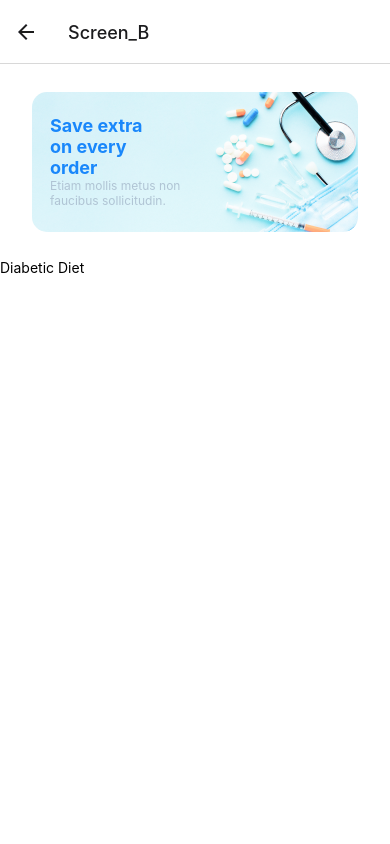
Repository: ntu34543/designReactNative
Screen: /Screen_B
An editor plug-in stored every save of this project. The screen is shown before and after the next save, followed by the edit.
The app was drawn by React Native's web renderer in a window 390 px wide. The project was rebuilt for these pictures with package versions that can differ from the ones it lists, and the page was loaded fresh each time.

Above is the screen before, as saved 2022-10-18 16:51:51.

After the next save:
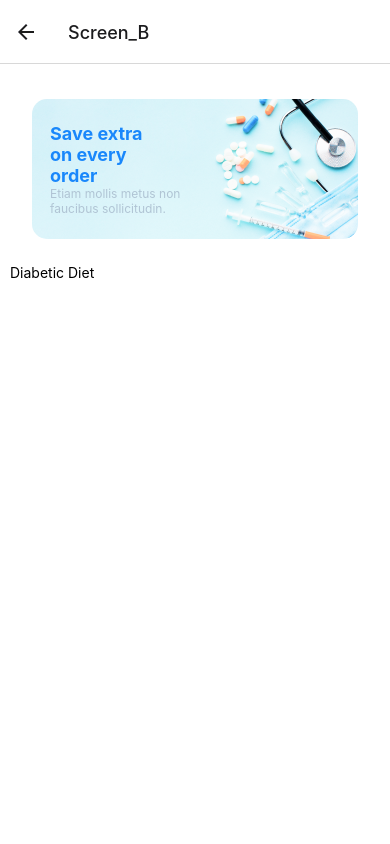
Saved 24 s later.
--- a/page/DiabetesCare.js
+++ b/page/DiabetesCare.js
@@ -31,6 +31,7 @@ const styles = StyleSheet.create({
   body: {
     flex: 1,
     backgroundColor: "white",
+    padding: 10,
   },
   text: {
     fontSize: 30,
